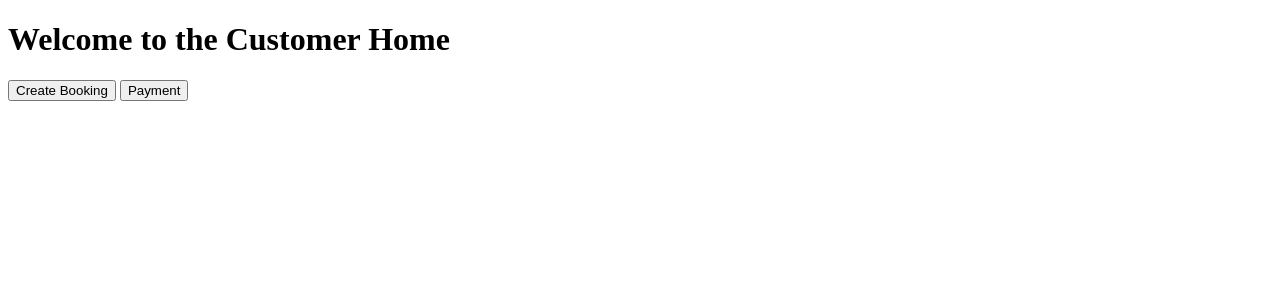
Repository: NguyenHuy-lang/RestaurantMicroserviceFrontEnd
Page: customer-home.html
The author's editor kept a copy of each file at every save. The page is drawn from the files as they stood at one save, then again after the next save.
The browser window is 1280 px wide. The pictures show the whole page.

Above is the page before, as saved 2023-06-07 06:31:12.

### customer-home.html
<!DOCTYPE html>
<html>
<head>
  <title>Customer Home</title>
</head>
<body>
  <h1>Welcome to the Customer Home</h1>

  <button onclick="createBooking()">Create Booking</button>
  <button onclick="payment()">Payment</button>
</body>
  <script>
      const createBooking = () => {
        const apiUrl = "http://localhost:8083/api/v1/bookings/";
        const token = localStorage.getItem("accessToken");

        fetch(apiUrl, {
          method: 'POST',
          headers:{
            'Content-Type':'application/json',
            'Authorization':'Bearer ' + token
          }
        }).then((res) => res.json())
        .then(res => {
          window.location.href = ""
        })
      }
  </script>
</html>

After the next save:
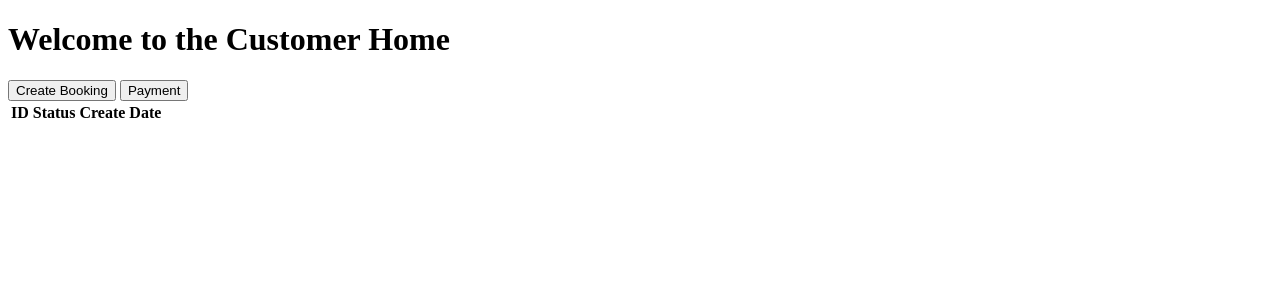
Saved 19 min 16 s later.
--- a/customer-home.html
+++ b/customer-home.html
@@ -8,22 +8,46 @@
 
   <button onclick="createBooking()">Create Booking</button>
   <button onclick="payment()">Payment</button>
+
+  <table id="bookingTable">
+    <tr>
+      <th>ID</th>
+      <th>Status</th>
+      <th>Create Date</th>
+    </tr>
+  </table>
+
+  <script>
+    const apiUrl = "http://localhost:8083/api/v1/bookings/";
+    const token = localStorage.getItem("accessToken");
+
+    const appendBookingRow = (booking) => {
+      const table = document.getElementById("bookingTable");
+      const newRow = table.insertRow();
+
+      const idCell = newRow.insertCell();
+      const statusCell = newRow.insertCell();
+      const createDateCell = newRow.insertCell();
+
+      idCell.innerHTML = booking.id;
+      statusCell.innerHTML = booking.status;
+      createDateCell.innerHTML = booking.createDate;
+    };
+
+    const createBooking = () => {
+      fetch(apiUrl, {
+        method: 'POST',
+        headers: {
+          'Content-Type': 'application/json',
+          'Authorization': 'Bearer ' + token
+        }
+      })
+        .then((res) => res.json())
+        .then((booking) => {
+          appendBookingRow(booking);
+          window.location.href = "";
+        });
+    };
+  </script>
 </body>
-  <script>
-      const createBooking = () => {
-        const apiUrl = "http://localhost:8083/api/v1/bookings/";
-        const token = localStorage.getItem("accessToken");
-
-        fetch(apiUrl, {
-          method: 'POST',
-          headers:{
-            'Content-Type':'application/json',
-            'Authorization':'Bearer ' + token
-          }
-        }).then((res) => res.json())
-        .then(res => {
-          window.location.href = ""
-        })
-      }
-  </script>
 </html>
